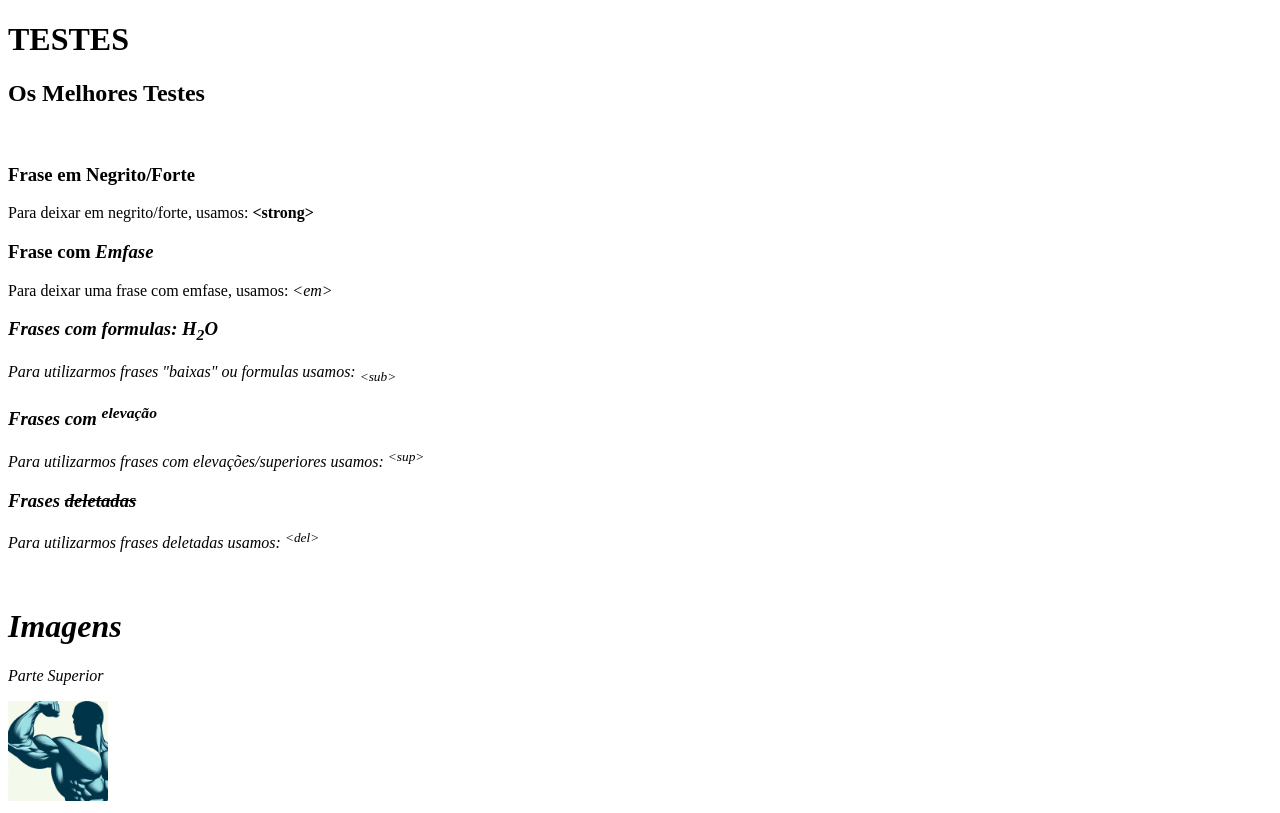
Repository: LuidyOn/Site_Forca_Total
Page: ForçaTotal/teste.html
These files come from the project's save history. The page is drawn as it stood at one moment and after the next save; the edit follows.
The browser window is 1280 px wide. The pictures show the whole page.

Above is the page before, as saved 2025-05-14 14:25:18.

### ForçaTotal/teste.html
<!DOCTYPE html>
<html lang="pt-br">
<head>
  <meta charset="UTF-8">
  <meta name="viewport" content="width=device-width, initial-scale=1.0">
  <link rel="shortcut icon" href="img/icons/logo.ico" type="image/x-icon">
  <title>Testes Força total</title>
</head>
<body>
<h1>TESTES</h1>
  <h2>Os Melhores Testes</h2>

  <p><br></p>

    <h3>Frase em <strong>Negrito/Forte</strong></h3>
    <p>Para deixar em negrito/forte, usamos: <strong>&lt;strong&gt;</strong> </p>

    <h3>Frase com <em>Emfase</em> </h3>
    <p>Para deixar uma frase com emfase, usamos: <em>&lt;em&gt;<em> </p>

    <h3>Frases com formulas: H<sub>2</sub>O </h3>
    <p>Para utilizarmos frases "baixas" ou formulas usamos: <sub>&lt;sub&gt;</sub></p>

    <h3>Frases com <sup>elevação</sup></h3>
    <p>Para utilizarmos frases com elevações/superiores usamos: <sup>&lt;sup&gt;</sup></p>

    <h3>Frases <del>deletadas</del></h3>
    <p>Para utilizarmos frases deletadas usamos: <sup>&lt;del&gt;</sup></p>

<p><br></p>

<h1>Imagens</h1>
  <p>Parte Superior</p>
<img src="img/parteSerior.png" alt="parte superior" style= "width: 100px; height: 100px;">
</body>
</html>

After the next save:
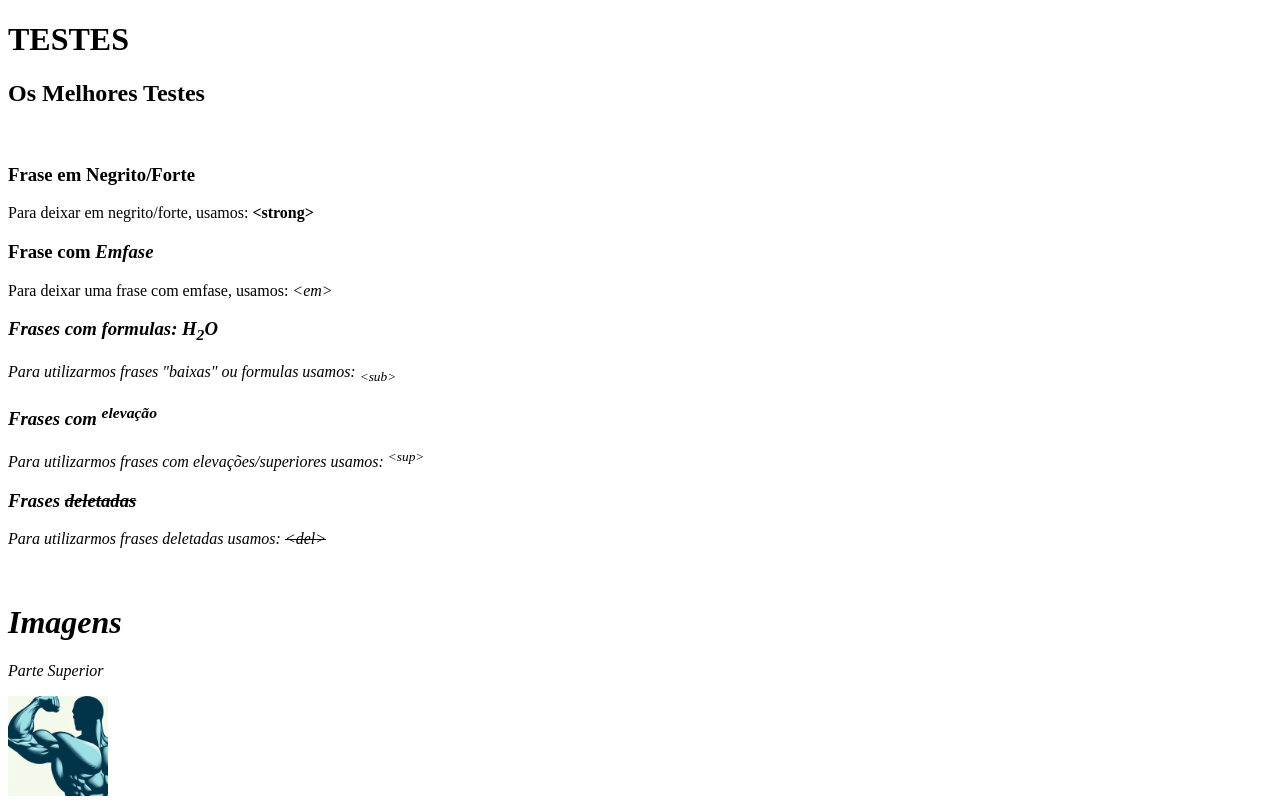
Saved 9 s later.
--- a/ForçaTotal/teste.html
+++ b/ForçaTotal/teste.html
@@ -25,7 +25,7 @@
     <p>Para utilizarmos frases com elevações/superiores usamos: <sup>&lt;sup&gt;</sup></p>
 
     <h3>Frases <del>deletadas</del></h3>
-    <p>Para utilizarmos frases deletadas usamos: <sup>&lt;del&gt;</sup></p>
+    <p>Para utilizarmos frases deletadas usamos: <del>&lt;del&gt;</sup></p>
 
 <p><br></p>
 
